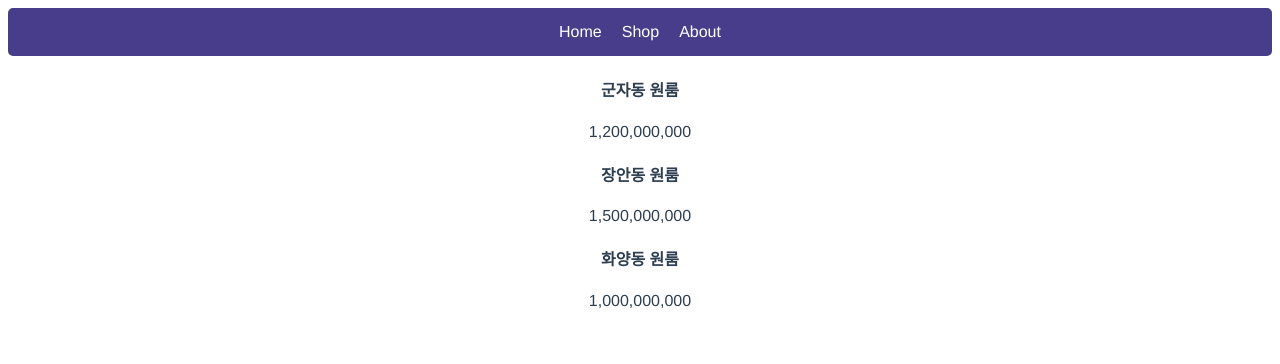
Repository: jy0813/Function
Page: / (app in function/)
An editor plug-in stored every save of this project. The page is shown before and after the next save, followed by the edit.
The browser window is 1280 px wide. The pictures show the whole page.
The project was rebuilt for these pictures with package versions that can differ from the ones it lists, and the page was loaded fresh each time.

Above is the page before, as saved 2022-02-23 14:52:56.

After the next save:
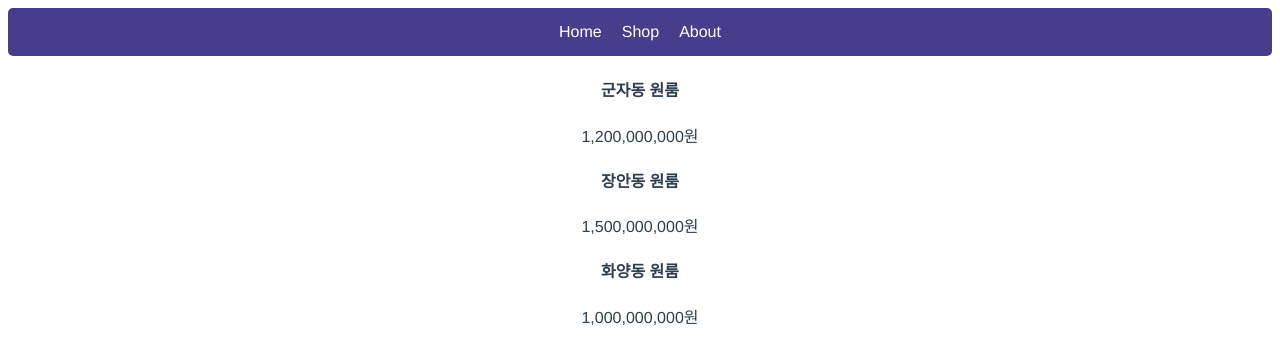
Saved 46 s later.
--- a/function/src/App.vue
+++ b/function/src/App.vue
@@ -4,7 +4,7 @@
   </div>
 <div v-for="(item, k) in room" :key="'item' + k">
   <h4>{{item.address}}</h4>
-  <p>{{numSet(item.price)}}</p>
+  <p>{{numSet(item.price)}}원</p>
 </div>
 </template>
 
